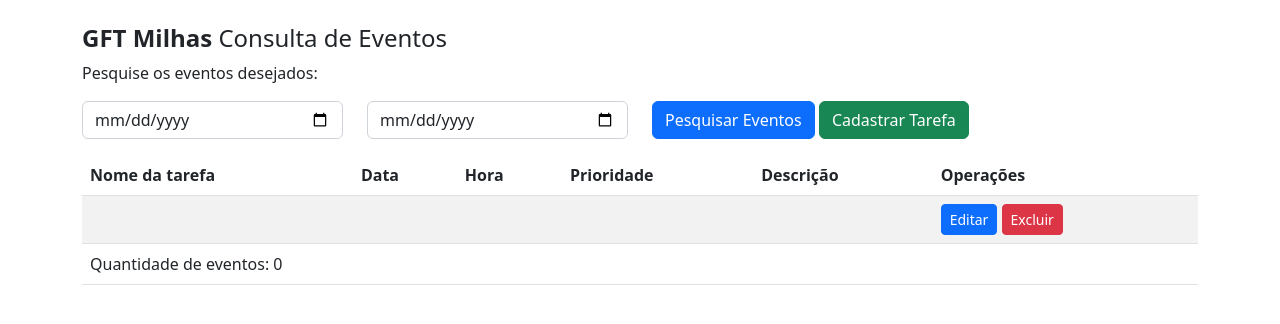
Repository: thamaraamaral/desafio_mvc1
Page: http://localhost/gft-milhas/WEB-INF/views/eventos-consulta.jsp
An editor plug-in stored every save of this project. The page is shown before and after the next save, followed by the edit.
The browser window is 1280 px wide. The pictures show the whole page.
The page is served by Tomcat 9. Nobody is signed in. The template is opened directly, without the code that normally fills it, so the values that code supplies are empty.

Above is the page before, as saved 2022-10-28 17:56:54.

After the next save:
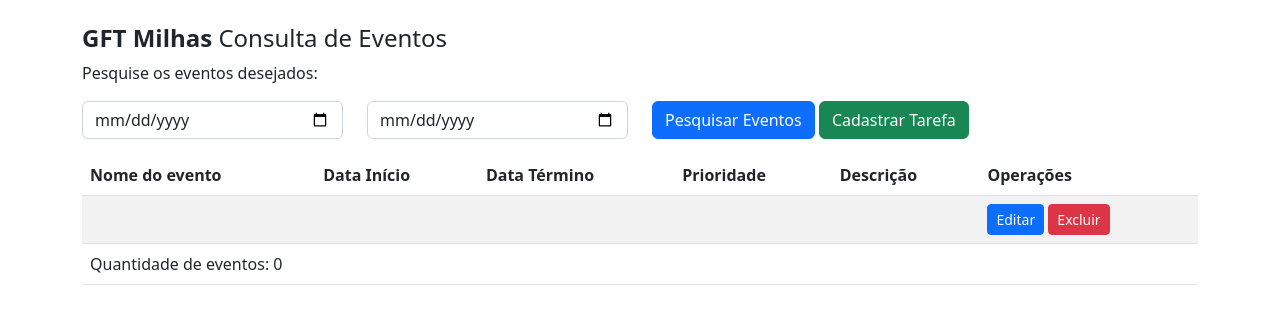
Saved 78 s later.
--- a/gft-milhas/src/main/webapp/WEB-INF/views/eventos-consulta.jsp
+++ b/gft-milhas/src/main/webapp/WEB-INF/views/eventos-consulta.jsp
@@ -55,9 +55,9 @@
 		<table class="table table-hover table-striped">
 			<thead>
 				<tr>
-					<th>Nome da tarefa</th>
-					<th>Data</th>
-					<th>Hora</th>
+					<th>Nome do evento</th>
+					<th>Data Início</th>
+					<th>Data Término</th>
 					<th>Prioridade</th>
 					<th>Descrição</th>
 					<th>Operações</th>
